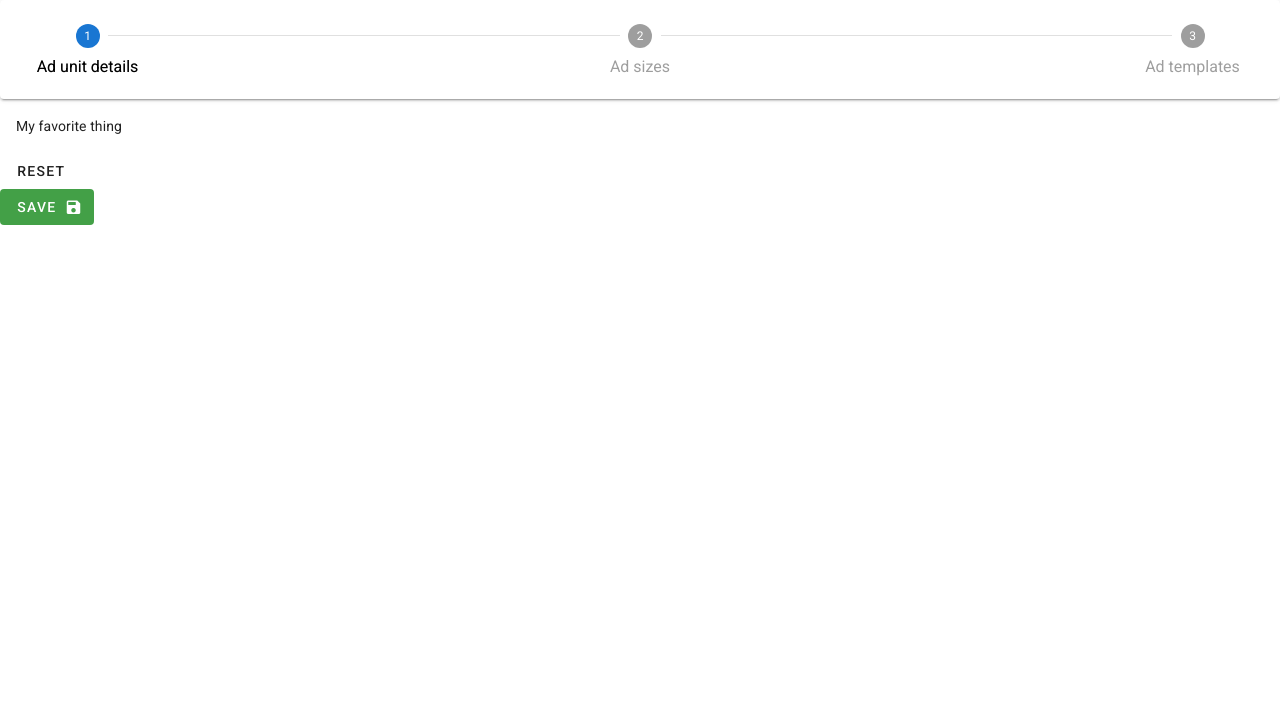
Repository: SidneyHodieb/myc
Page: /addsource
These files come from the project's save history. The page is drawn as it stood at one moment and after the next save; the edit follows.
The browser window is 1280 px wide. The pictures show the whole page.
The project was rebuilt for these pictures with package versions that can differ from the ones it lists, and the page was loaded fresh each time. Also part of the build but not shown: vue.config.js, src/views/Home.vue, src/views/addSource/components/format.vue, src/views/addSource/components/card.vue, src/views/addSource/components/trigger.vue.

Above is the page before, as saved 2021-04-03 18:23:36.

### src/App.vue
<template>
  <v-app>
    <v-main>
      <router-view></router-view>
    </v-main>
  </v-app>
</template>

<script>

export default {
  name: 'App',
  data: () => ({
    //
  }),
};
</script>

### src/router/index.js
import Vue from 'vue'
import VueRouter from 'vue-router'
import Home from '../views/Home.vue'
import addSource from '../views/addSource/column'
import format from '../views/addSource/components/format'
import card from '../views/addSource/components/card'
import trigger from '../views/addSource/components/trigger'

Vue.use(VueRouter)

const routes = [
  {
    path: '/',
    name: 'Home',
    component: Home
  },
  {
    path: '/addsource',
    name: 'addSource',
    component: addSource,
    children: [
      {
        path: 'format',
        component: format
      },
      {
        path: 'card',
        component: card
      },
      {
        path: 'trigger',
        component: trigger
      }
    ]
  },
  {
    path: '/about',
    name: 'About',
    // route level code-splitting
    // this generates a separate chunk (about.[hash].js) for this route
    // which is lazy-loaded when the route is visited.
    component: function () {
      return import(/* webpackChunkName: "about" */ '../views/About.vue')
    }
  }
]

const router = new VueRouter({
  mode: 'history',
  base: process.env.BASE_URL,
  routes
})

export default router

### src/views/addSource/column.vue
<template>
<div>
    <!-- Header -->
      <v-stepper alt-labels>
          <v-stepper-header>
            <v-stepper-step step="1">
              Ad unit details
            </v-stepper-step>

            <v-divider></v-divider>

            <v-stepper-step step="2">
              Ad sizes
            </v-stepper-step>

            <v-divider></v-divider>

            <v-stepper-step step="3">
              Ad templates
            </v-stepper-step>
          </v-stepper-header>
        </v-stepper>

        <!-- Content -->
        <v-card-text>My favorite thing</v-card-text>
        <router-view></router-view>
        <!--Footer  -->


      <!-- <v-row class="">
        <v-col>
          <v-btn
      rounded
      outlined
      color="indigo"
    >
     <v-icon left>
        mdi-arrow-left
      </v-icon>
      Précedent
    </v-btn>
        </v-col>
        <v-col>
          <v-btn
      rounded
      color="primary"
      dark
    >
      Suivant
    </v-btn>
        </v-col>
      </v-row> -->

<div>
      <v-btn
        text
        @click="tree = []"
      >
        Reset
      </v-btn>

      <v-spacer></v-spacer>

      <v-btn
        class="white--text"
        color="green darken-1"
        depressed
      >
        Save
        <v-icon right>
          mdi-content-save
        </v-icon>
      </v-btn>
</div>
   <!--  <v-sheet
      id="scroll-threshold-example"
      class="overflow-y-auto pb-16"
      max-height="600"
    >
      <v-responsive height="1500"></v-responsive>
    </v-sheet> -->
</div>
</template>

<script>
export default {

}
</script>

<style>

</style>

Loaded but not shown: public/index.html (common file); src/main.js (common file); src/store/index.js (common file); src/plugins/vuetify.js (common file)

After the next save:
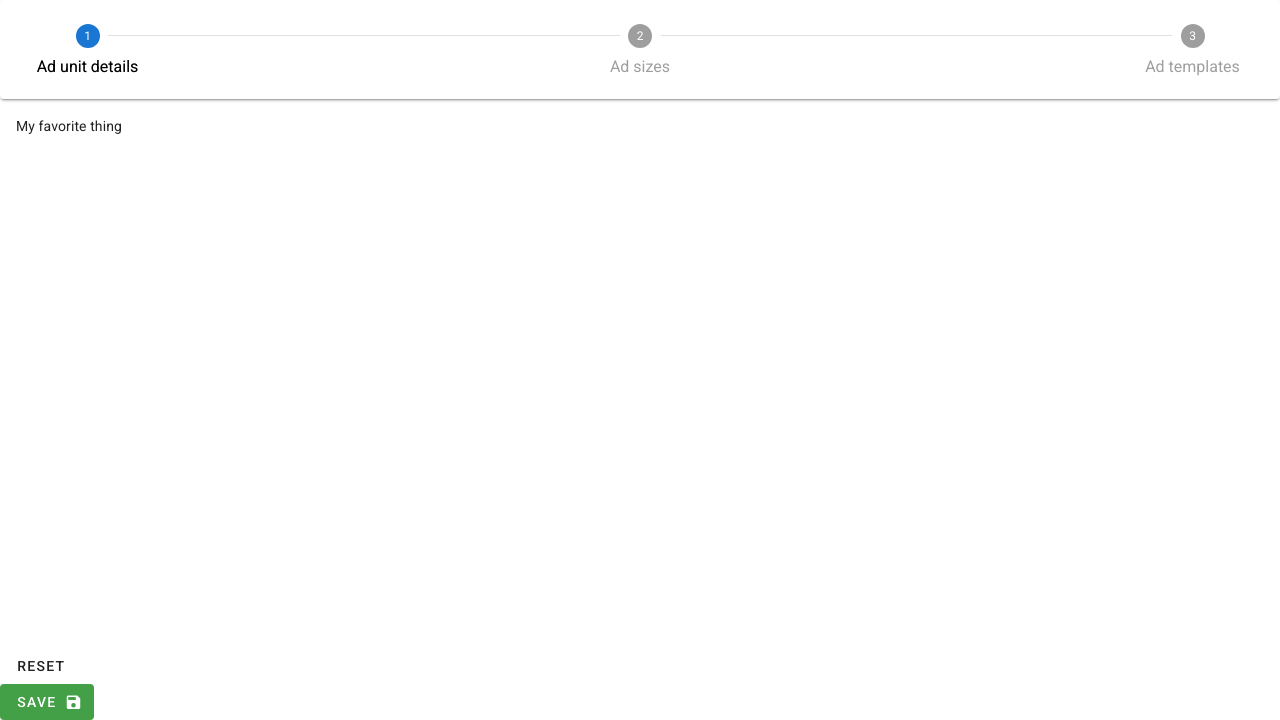
Saved 18 s later.
--- a/src/views/addSource/column.vue
+++ b/src/views/addSource/column.vue
@@ -51,7 +51,7 @@
         </v-col>
       </v-row> -->
 
-<div>
+<div style="position:fixed; bottom:0">
       <v-btn
         text
         @click="tree = []"
